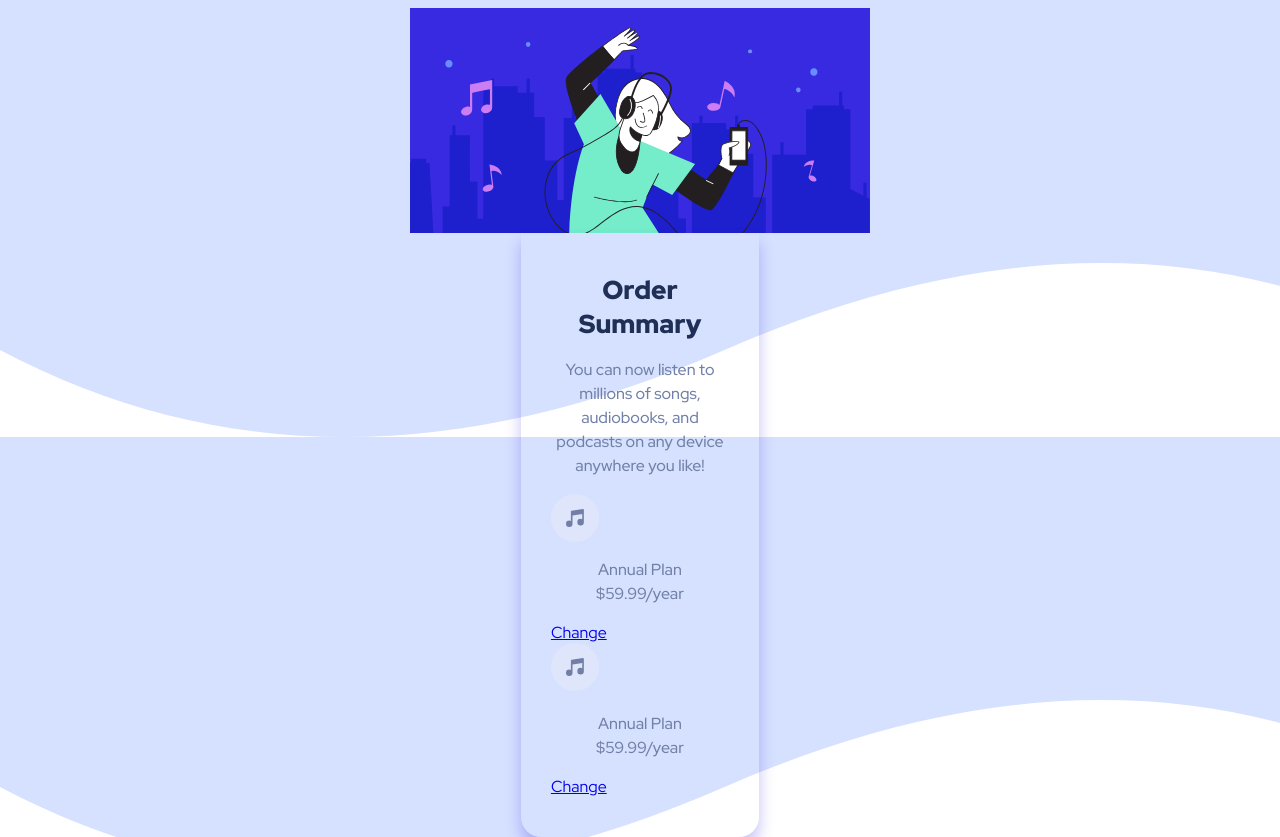
Repository: Pawan-pediredla/frontend-mentors
Page: order-summary-card/order-summary-component-main/markup/index.html
The author's editor kept a copy of each file at every save. The page is drawn from the files as they stood at one save, then again after a run of saves.
The browser window is 1280 px wide. The pictures show the whole page.

Above is the page before, as saved 2024-06-22 12:15:35.

After the next 5 saves:
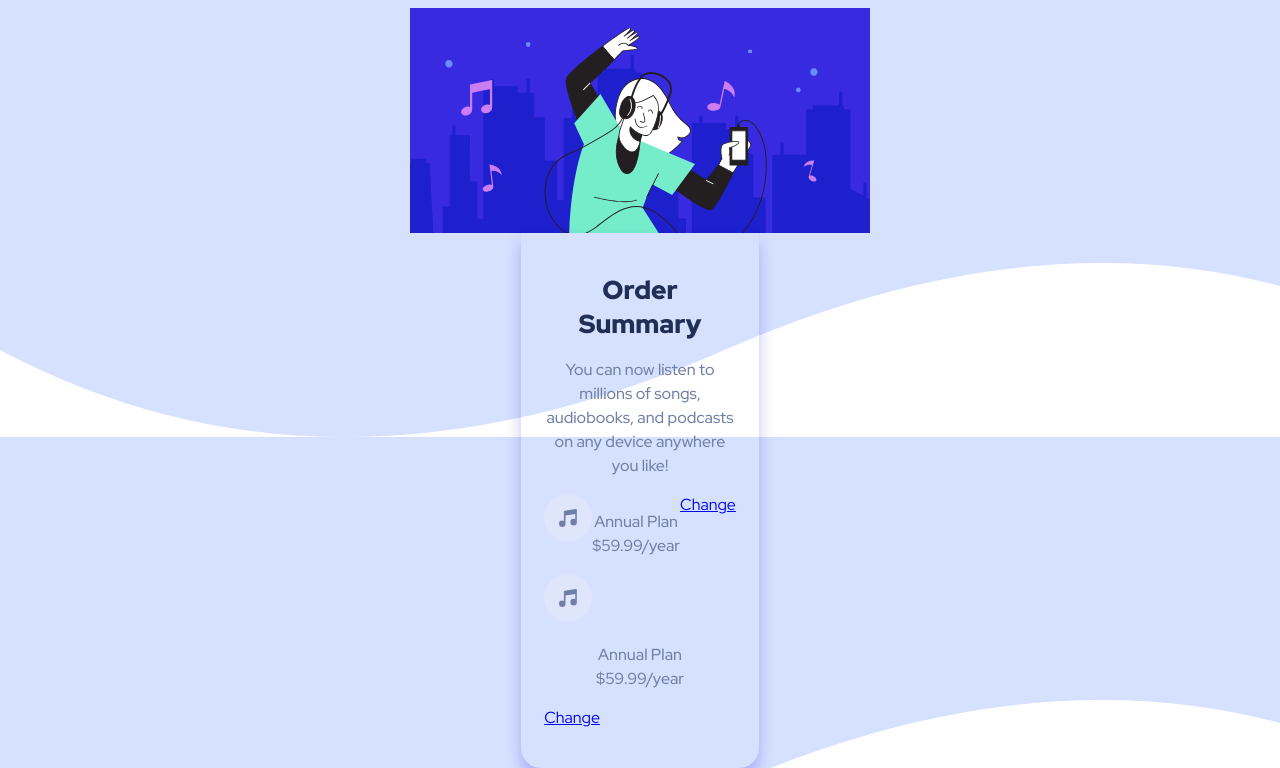
The 5 saves are shown as one change because they came seconds apart.
The last was saved 12 s later.
--- a/order-summary-card/order-summary-component-main/styling/index.css
+++ b/order-summary-card/order-summary-component-main/styling/index.css
@@ -61,5 +61,6 @@
   }
   section.price{
     display: grid;
-    gri
+    grid-template-columns: repeat(5,1fr);
+
   }
